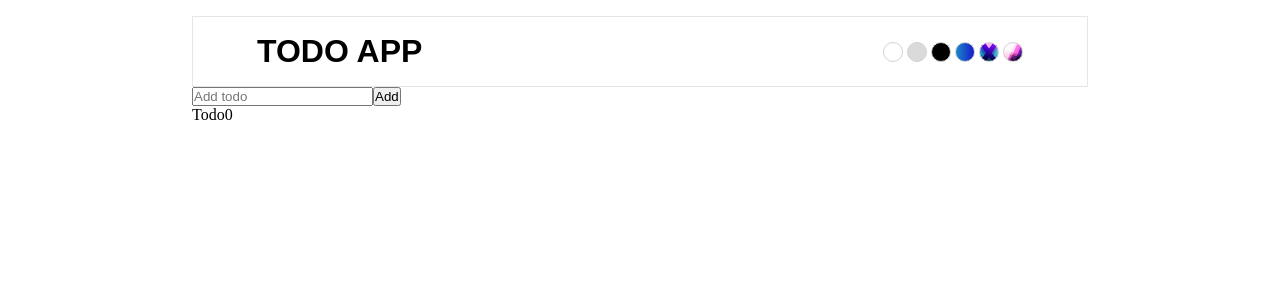
Repository: michalmilek/TodoApp
Page: /
An editor plug-in stored every save of this project. The page is shown before and after the next save, followed by the edit.
The browser window is 1280 px wide. The pictures show the whole page.
Some web fonts or font styles are not loaded; a fallback is used. The project was rebuilt for these pictures with package versions that can differ from the ones it lists, and the page was loaded fresh each time. Also part of the build but not shown: vite.config.js.

Above is the page before, as saved 2023-02-01 13:29:38.

After the next save:
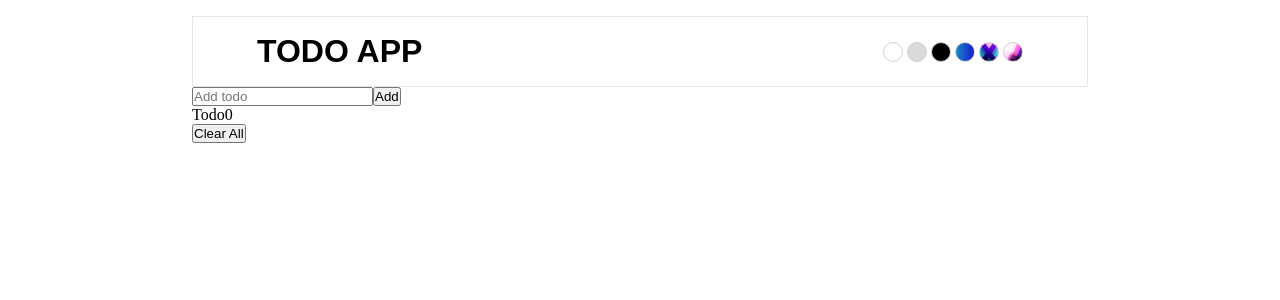
Saved 22 s later.
--- a/src/components/ShowTodo.jsx
+++ b/src/components/ShowTodo.jsx
@@ -8,6 +8,7 @@ const ShowTodo = () => {
           <span className="title">Todo</span>
           <span className="count">0</span>
         </div>
+        <button className="clearAll">Clear All</button>
       </div>
     </div>
   );
